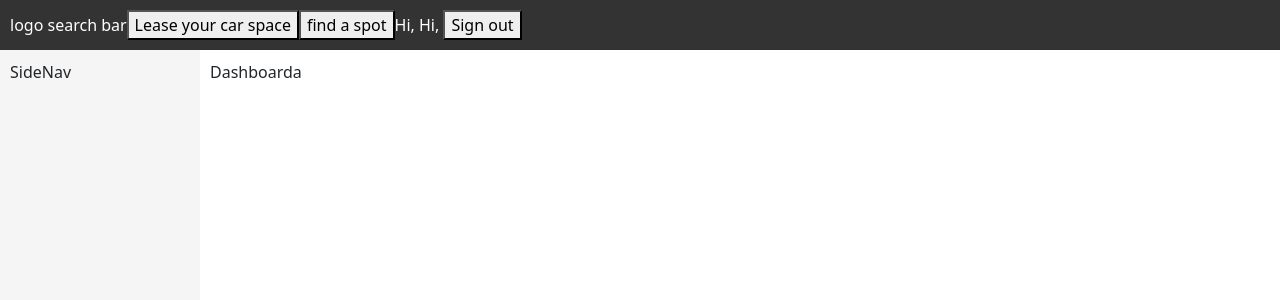
Repository: UNSWSpotFinder/SpotFinder
Page: /dashboard (app in frontend/)
An editor plug-in stored every save of this project. The page is shown before and after the next save, followed by the edit.
The browser window is 1280 px wide. The pictures show the whole page.
The project was rebuilt for these pictures with package versions that can differ from the ones it lists, and the page was loaded fresh each time. Also part of the build but not shown: frontend/src/HomePage.css, frontend/src/Login.css, frontend/src/Login.jsx, frontend/src/Regist.css, frontend/src/Regist.jsx, frontend/src/HomePage.jsx, frontend/src/App.css, frontend/src/components/Bookings.jsx and 3 more.

Above is the page before, as saved 2024-03-09 17:23:07.

### frontend/src/App.jsx
import logo from './logo.svg';
import React, {
  useState,
  useEffect,
  useRef,
  ChangeEvent,
  LabelHTMLAttributes,
  createContext,
  useContext,
  ReactNode,
} from 'react';
import {HomePageLarge,HomePageAdminSmall,HomePageAdminLarge,HomePageSmall} from './HomePage';
import { ErrorProvider, GlobalSnackbar, ErrorContext } from './API';
import { BrowserRouter, Routes, Route, Link } from 'react-router-dom';
import './App.css';

// 导入Dashboard相关页面组件
import DashboardTop from './components/DashboardTop';
import Dashboard from './components/Dashboard';
import Bookings from './components/Bookings';
import Listings from './components/Listings';
import Profile from './components/Profile';
import Messages from './components/Messages';

function App() {
  const [windowWidth, setWindowWidth] = useState(window.innerWidth);
  useEffect(() => {
    // 添加一个事件监听器，以便在窗口大小改变时更新windowWidth状态
    const handleResize = () => {
      setWindowWidth(window.innerWidth);
    };
    window.addEventListener('resize', handleResize);
    // 清除事件监听器以避免内存泄漏
    return () => {
      window.removeEventListener('resize', handleResize);
    };
  }, []);
  let layoutComponentHost;
  let LayoutComponentHome;
  let LayoutDetail;
  if (windowWidth > 760) {
    layoutComponentHost = null;
    LayoutComponentHome = <HomePageLarge/>;
    LayoutDetail = null;
  } else {
    layoutComponentHost = null;
    LayoutComponentHome = <HomePageSmall/>;;
    LayoutDetail = null;
  }
  return(
    <ErrorProvider>
      <GlobalSnackbar/>
        <BrowserRouter>
          <Routes>
            <Route path="/user/*" element={LayoutComponentHome} />
            {/* DashboardTop作为父路由 */}
            <Route path="/dashboard" element={<DashboardTop />}>
            {/* 在DashboardTop内部定义子路由 */}
            <Route index element={<Dashboard />} />
            <Route path="bookings" element={<Bookings />} />
            <Route path="listings" element={<Listings />} />
            <Route path="messages" element={<Messages />} />
            <Route path="profile" element={<Profile />} />
          </Route>
            {/* Keep the wildcard route to catch all and render Home */}
            <Route path="/*" element={LayoutComponentHome} />
          </Routes>
        </BrowserRouter>
    </ErrorProvider>
  )
}

export default App;

### frontend/src/API.jsx
import Alert from '@mui/material/Alert';
import Snackbar from '@mui/material/Snackbar';
import Button from '@mui/material/Button';
import Stack from '@mui/material/Stack';
import React, { useState, useEffect, createContext,useContext } from 'react';

import { styled } from '@mui/material';
const port = '8080';
export const meetErrorLog = (error) => {
    console.log(error);
    let errorText = '';
    // switch case to show the error
    switch (error) {
      case 'info':
        errorText = 'Invalid username or password !';
        break;
      case 'access':
        errorText = 'No permission, please log in first!';
        break;
      default:
        errorText = 'Network error! Please try again.';
        break;
    }
    return errorText;
  };
export const ErrorContext = createContext({
    snackbarData: { severity: 'info', message: '1',timestamp: new Date().getTime()},
    setOpenSnackbar: () => {}, // 提供一个空函数避免调用时出错
  });
export const useError = () => useContext(ErrorContext);
export const ErrorProvider = ({ children }) => {
  const [snackbarData, setSnackbarData] = useState({
    severity: 'success',
    message: '',
    timestamp: new Date().getTime()
  });
  const setOpenSnackbar = (data) => {
    setSnackbarData(data);
  };
  return (
    <ErrorContext.Provider value={{snackbarData,setOpenSnackbar}}>
      {children}
    </ErrorContext.Provider>
  );
};
// The message to be displayed in the Snackbar
export const GlobalSnackbar = () => {
const { snackbarData, setOpenSnackbar } = useError();
// State to manage the visibility of the Snackbar
const [open, setOpen] = useState(false);
  useEffect(() => {
    console.log('Alert severity:', snackbarData.severity);
    console.log('Alert :', snackbarData.message);
    if (snackbarData.message) {
      setOpen(true);
    }
  }, [snackbarData.message, snackbarData.timestamp]);

  const handleClose = (event, reason) => {
    if (reason === 'clickaway') {
      return;
    }
    setOpen(false);
  };

return (
    // Snackbar component with automatic hiding and custom styling
    <Snackbar open={open} autoHideDuration={6000} onClose={handleClose}>
        <Alert onClose={handleClose} severity={snackbarData.severity}>
        {snackbarData.message}
        </Alert>
  </Snackbar>
);
};
export const callAPIsendEmailCode = (path,input)=>{
    return new Promise((resolve, reject) =>{
        fetch('http://localhost:'+String(port)+'/'+String(path),{
        method:'POST',
        headers: { 'Content-Type': 'application/json' },
        body:JSON.stringify(input),
        })
        .then((response)=>{
            if(response.ok){
                console.log('success');
                console.log(response);
                return resolve(response);
            }
            else if (response.status===400){
                const errorReason = 'Email not correct!';
                return reject(errorReason);
            }
            else{
                const errorReason = 'There is a problem with the network connection!';
                return reject(errorReason);
            }
        })
        .catch((error)=>{
            console.log(error);
        })
    })

}
export const callAPIverifyEmailCode = (path,input)=>{
    return new Promise((resolve, reject) =>{
        console.log(input);
        console.log('http://localhost:'+String(port)+'/'+String(path));
        fetch('http://localhost:'+String(port)+'/'+String(path),{
        method:'POST',
        headers: { 'Content-Type': 'application/json' },
        body:JSON.stringify(input),
        })
        .then((response)=>{
            if(response.ok){
                console.log('success');
                return resolve(response.json());
            }
            else if (response.status===400){
                const errorReason = 'Incorrect verification code.';
                return reject(errorReason);
            }
            else{
                const errorReason = 'There is a problem with the network connection!';
                return reject(errorReason);
            }
        })
        .catch((error)=>{
            console.log(error);
        })
    })

}
export const callAPIloginUser=(path,input)=>{

}
// 用户注册
export const callAPIRegistUser=(path,input)=>{
     return new Promise((resolve, reject) =>{
        console.log(input);
        console.log('http://localhost:'+String(port)+'/'+String(path));
        fetch('http://localhost:'+String(port)+'/'+String(path),{
        method:'POST',
        headers: { 'Content-Type': 'application/json' },
        body:JSON.stringify(input),
        })
        .then((response)=>{
            if(response.ok){
                console.log('success');
                return resolve(response.json());
            }
            else if (response.status===417){
                const errorReason = 'This email has been registed!';
                return reject(errorReason);
            }
            else{
                const errorReason = 'There is a problem with the network connection!';
                return reject(errorReason);
            }
        })
        .catch((error)=>{
            console.log(error);
        })
    })
}
// 用户登录
export const callAPILoginUser=(path,input)=>{
    return new Promise((resolve, reject) =>{
       console.log(input);
       console.log('http://localhost:'+String(port)+'/'+String(path));
       fetch('http://localhost:'+String(port)+'/'+String(path),{
       method:'POST',
       headers: { 'Content-Type': 'application/json' },
       body:JSON.stringify(input),
       })
       .then((response)=>{
           if(response.ok){
               console.log('success');
               return resolve(response.json());
           }
           else if (response.status===401){
               const errorReason = 'Username does not exist or password is incorrect!';
               return reject(errorReason);
           }
           else{
               const errorReason = 'There is a problem with the network connection!';
               return reject(errorReason);
           }
       })
       .catch((error)=>{
           console.log(error);
       })
   })
}
// 密码修改
export const callAPIResetPwdUser=(path,input)=>{
    return new Promise((resolve, reject) =>{
       console.log(input);
       console.log('http://localhost:'+String(port)+'/'+String(path));
       fetch('http://localhost:'+String(port)+'/'+String(path),{
       method:'POST',
       headers: { 'Content-Type': 'application/json' },
       body:JSON.stringify(input),
       })
       .then((response)=>{
           if(response.ok){
               console.log('success');
               return resolve(response.json());
           }
           else if (response.status===401){
               const errorReason = 'Username does not exist or password is incorrect!';
               return reject(errorReason);
           }
           else{
               const errorReason = 'There is a problem with the network connection!';
               return reject(errorReason);
           }
       })
       .catch((error)=>{
           console.log(error);
       })
   })
}

### frontend/src/components/DashboardTop.jsx
import React from 'react';
import { Outlet } from 'react-router-dom';
import './DashboardTop.css';

const DashboardTop = () => {
  return (
    <div className="dashboard-top">
      <div className="top-nav">
        <span>logo </span>
        <span>search bar</span>
        <button>Lease your car space</button>
        <button>find a spot</button>
        <span>Hi, </span>
        <span>Hi, </span>
        <button>Sign out</button>

      </div>
      <div className="content-area">
        <div className="side-nav">SideNav</div>
        <div className="main-content">
          <Outlet />
        </div>
      </div>
    </div>
  );
};

export default DashboardTop;

### frontend/src/components/Dashboard.jsx
import React from 'react';
import DashboardTop from './DashboardTop';

const Dashboard = () => {
  // 组件的状态和逻辑

  return (
    <div className='Dashboard'>
      {/* 组件的JSX结构 */}
      Dashboarda
    </div>
  );
}

export default Dashboard;

### frontend/src/components/DashboardTop.css
/* DashboardTop.css */

/* 整体布局 */
.dashboard-top {
    display: flex;
    flex-direction: column;
    height: 100vh; /* 使布局填满整个视口高度 */
  }

  /* 顶部导航样式 */
  .top-nav {
    background-color: #333; /* 暗色背景 */
    color: #fff; /* 白色文字 */
    padding: 10px; /* 内边距 */
  }

  /* 内容区域样式，包含侧边导航和主内容区 */
  .content-area {
    display: flex;
    flex-grow: 1; /* 占据剩余空间 */
  }

  /* 侧边导航样式 */
  .side-nav {
    background-color: #f5f5f5; /* 浅色背景 */
    width: 200px; /* 定宽 */
    padding: 10px; /* 内边距 */
  }

  /* 主内容区域样式 */
  .main-content {
    flex-grow: 1; /* 占据剩余空间 */
    padding: 10px; /* 内边距 */
  }

Loaded but not shown: frontend/public/index.html (common file); frontend/src/index.js (common file); frontend/src/index.css (common file); frontend/src/reportWebVitals.js (common file)

After the next save:
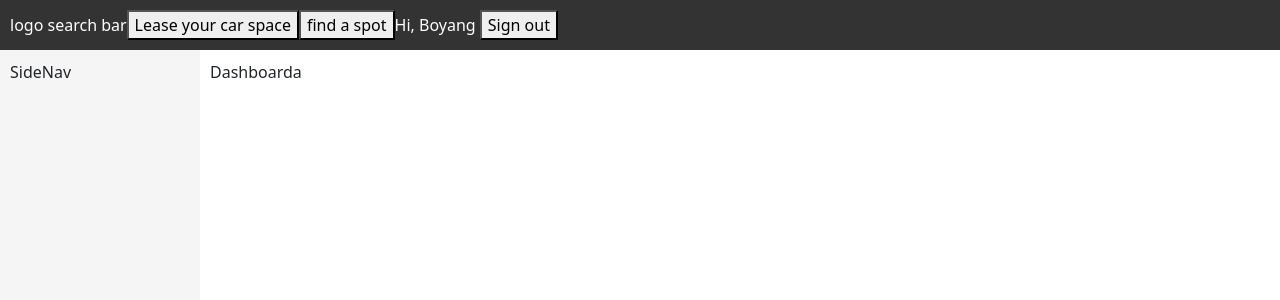
Saved 4 s later.
--- a/frontend/src/components/DashboardTop.jsx
+++ b/frontend/src/components/DashboardTop.jsx
@@ -11,7 +11,7 @@ const DashboardTop = () => {
         <button>Lease your car space</button>
         <button>find a spot</button>
         <span>Hi, </span>
-        <span>Hi, </span>
+        <span>Boyang </span>
         <button>Sign out</button>
 
       </div>
